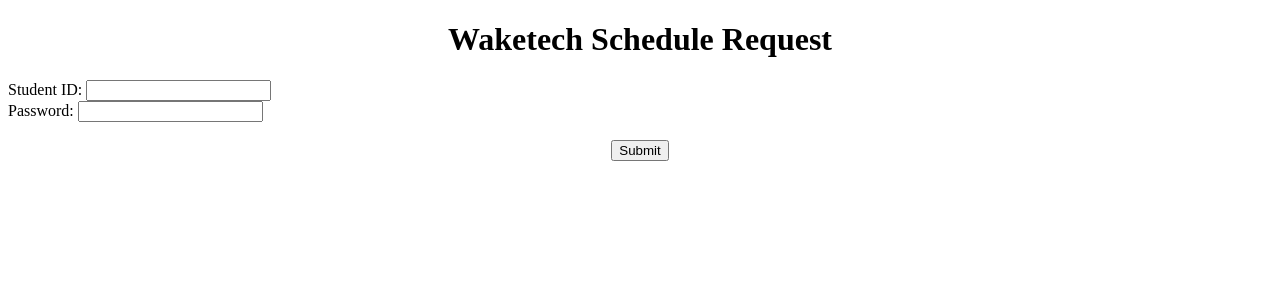
Repository: weshayutin/java258Online
Page: workspace/Week1Assignment/WebContent/week1.html
The author's editor kept a copy of each file at every save. The page is drawn from the files as they stood at one save, then again after the next save.
The browser window is 1280 px wide. The pictures show the whole page.

Above is the page before, as saved 2011-01-23 17:44:13.

After the next save:
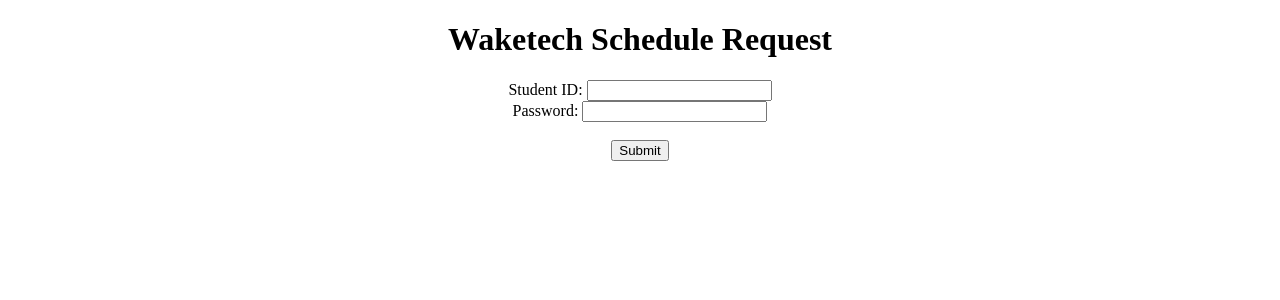
Saved 33 s later.
--- a/workspace/Week1Assignment/WebContent/week1.html
+++ b/workspace/Week1Assignment/WebContent/week1.html
@@ -7,7 +7,7 @@
 <body>
 <h1 align="center"> Waketech Schedule Request</h1>
 
-<form action="schedule">
+<form action="schedule" align="center">
 	Student ID: <input type="text" name="name"/><br>
 	Password: <input type="password" name="password"/><br/><br/>
 
